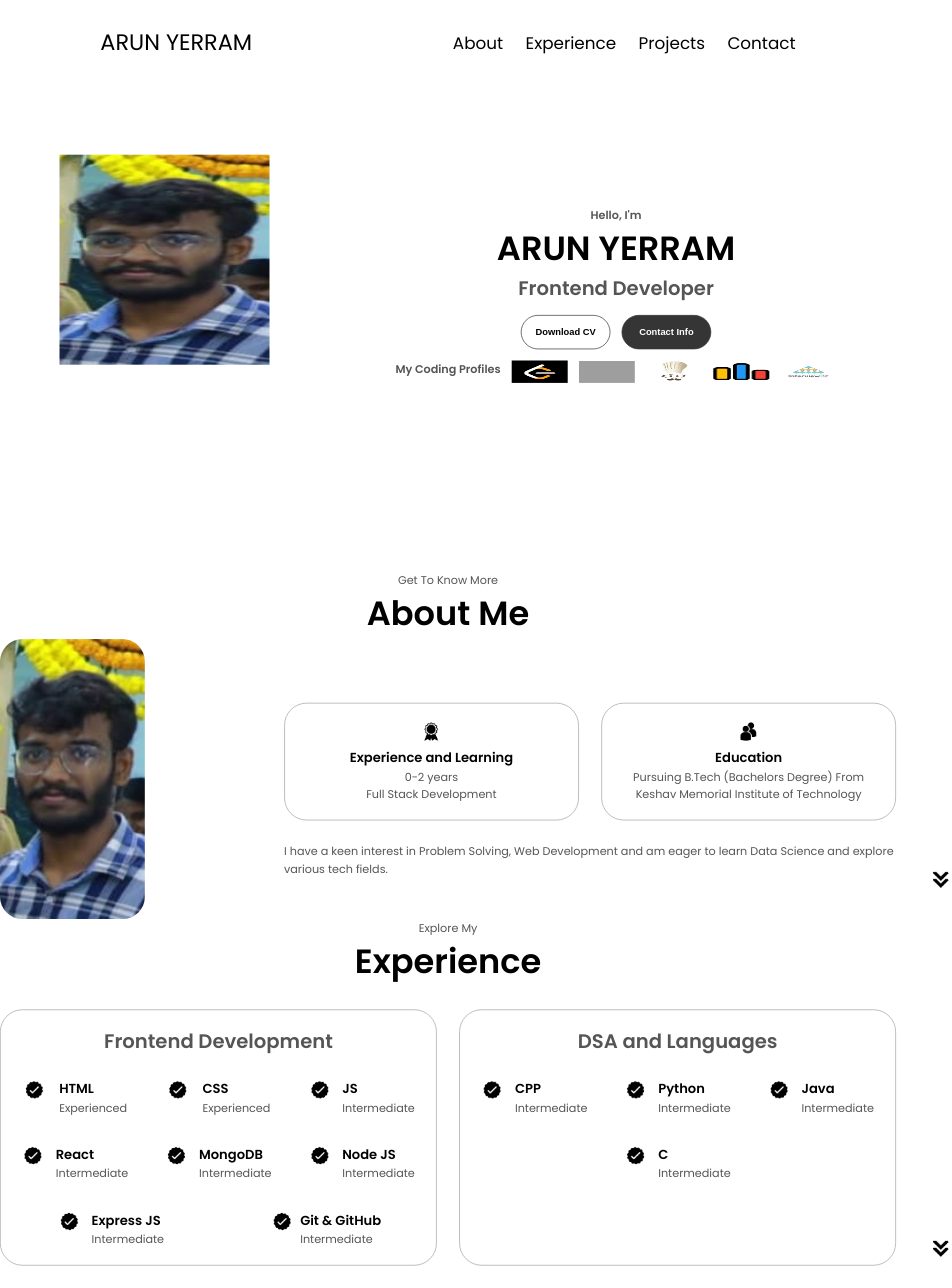
Repository: ARUN-YERRAM/ARUN-YERRAM-PORTFOLIO
Page: portfolio/index.html
These files come from the project's save history. The page is drawn as it stood at one moment and after a run of saves; the edit follows.
The browser window is 1280 px wide. The page is 1360 px wide, then 1280 px, so the pictures cover 1360 px, including what lies to the right of the window. The pictures show the part of the page from y = 0 to 1840 px (the page is 3129 px tall before and 3401 px after), at 70% of full size.
Pictures or frames that could not be fetched are drawn as grey boxes.

Above is the page before, as saved 2024-07-07 04:46:12.

### portfolio/index.html
<!DOCTYPE html>
<html lang="en">
<head>
  <meta charset="UTF-8" />
  <meta http-equiv="X-UA-Compatible" content="IE=edge" />
  <meta name="viewport" content="width=device-width, initial-scale=1.0" />
  <title>My Portfolio</title>
  <link rel="stylesheet" href="style.css" />
  <link rel="stylesheet" href="mediaqueries.css" />
</head>
<body>
  <nav id="desktop-nav">
    <div class="logo">ARUN YERRAM</div>
    <div>
      <ul class="nav-links">
        <li><a href="#about">About</a></li>
        <li><a href="#experience">Experience</a></li>
        <li><a href="#projects">Projects</a></li>
        <li><a href="#contact">Contact</a></li>
      </ul>
    </div>
  </nav>
  <nav id="hamburger-nav">
    <div class="logo">ARUN YERRAM</div>
    <div class="hamburger-menu">
      <div class="hamburger-icon" onclick="toggleMenu()">
        <span></span>
        <span></span>
        <span></span>
      </div>
      <div class="menu-links">
        <li><a href="#about" onclick="toggleMenu()">About</a></li>
        <li><a href="#experience" onclick="toggleMenu()">Experience</a></li>
        <li><a href="#projects" onclick="toggleMenu()">Projects</a></li>
        <li><a href="#contact" onclick="toggleMenu()">Contact</a></li>
      </div>
    </div>
  </nav>
  <section id="profile">
    <div class="section__pic-container">
      <img src="./assets/Photo1.jpg" alt="John Doe profile picture" width="300px" height="300px" />
    </div>
    <div class="section__text">
      <p class="section__text__p1">Hello, I'm</p>
      <h1 class="title">ARUN YERRAM</h1>
      <p class="section__text__p2">Frontend Developer</p>
      <div class="btn-container">
        <button class="btn btn-color-2" onclick="window.open('./assets/My_Resume.pdf')">Download CV</button>
        <button class="btn btn-color-1" onclick="location.href='./#contact'">Contact Info</button>
      </div>
      <div id="socials-container">
        <p> My Coding Profiles </p>

        <img src="./assets/leetcode.png" alt="My Leetcode profile" class="icon" onclick="window.open('https://leetcode.com/u/arun_2005/', '_blank')" width="80px"/>
        <img src="./assets/GFG.jpeg" alt="My GFG profile" class="icon" width="80px" onclick="window.open('https://www.geeksforgeeks.org/user/arunyerram/?utm_source=geeksforgeeks&utm_medium=my_profile&utm_campaign=auth_user', '_blank')" />
        <img src="./assets/CodeChef.jpeg" alt="My CodeChef profile" class="icon" onclick="window.open('https://www.codechef.com/users/yarun2k05', '_blank')" width="80px"/>
        <img src="./assets/Codeforces.png" alt="My CodeForces profile" class="icon" width="80px"onclick="window.open('https://codeforces.com/profile/Arunyerram_12', '_blank')" />
        <img src="./assets/IB.png" alt="My InterviewBit profile" class="icon" width="80px" onclick="window.open('https://www.interviewbit.com/profile/yerram-arun/', '_blank')" />
      </div>
    </div>
  </section>
  <section id="about">
    <p class="section__text__p1">Get To Know More</p>
    <h1 class="title">About Me</h1>
    <div class="section-container">
      <div class="section__pic-container">
        <img src="./assets/Photo1.jpg" alt="Profile picture" class="about-pic" />
      </div>
      <div class="about-details-container">
        <div class="about-containers">
          <div class="details-container">
            <img src="./assets/experience.png" alt="Experience icon" class="icon" />
            <h3>Experience and Learning</h3>
            <p>0-2 years <br />Full Stack Development</p>
          </div>
          <div class="details-container">
            <img src="./assets/education.png" alt="Education icon" class="icon" />
            <h3>Education</h3>
            <p>Pursuing B.Tech (Bachelors Degree) From Keshav Memorial Institute of Technology <br /></p>
          </div>
        </div>
        <div class="text-container">
          <p>I have a keen interest in Problem Solving, Web Development and am eager to learn Data Science and explore various tech fields.</p>
        </div>
      </div>
    </div>
    <img src="./assets/arrow.png" alt="Arrow icon" class="icon arrow" onclick="location.href='./#experience'" />
  </section>
  <section id="experience">
    <p class="section__text__p1">Explore My</p>
    <h1 class="title">Experience</h1>
    <div class="experience-details-container">
      <div class="about-containers">
        <div class="details-container">
          <h2 class="experience-sub-title">Frontend Development</h2>
          <div class="article-container">
            <article>
              <img src="./assets/checkmark.png" alt="Experience icon" class="icon" />
              <div>
                <h3>HTML</h3>
                <p>Experienced</p>
              </div>
            </article>

            <article>
              <img src="./assets/checkmark.png" alt="Experience icon" class="icon" />
              <div>
                <h3>CSS</h3>
                <p>Experienced</p>
              </div>
            </article>

            <article>
              <img src="./assets/checkmark.png" alt="Experience icon" class="icon" />
              <div>
                <h3>JS</h3>
                <p>Intermediate</p>
              </div>
            </article>

            <article>
              <img src="./assets/checkmark.png" alt="Experience icon" class="icon" />
              <div>
                <h3>React</h3>
                <p>Intermediate</p>
              </div>
            </article>

            <article>
              <img src="./assets/checkmark.png" alt="Experience icon" class="icon" />
              <div>
                <h3>MongoDB</h3>
                <p>Intermediate</p>
              </div>
            </article>

            <article>
              <img src="./assets/checkmark.png" alt="Experience icon" class="icon" />
              <div>
                <h3>Node JS</h3>
                <p>Intermediate</p>
              </div>
            </article>

            <article>
              <img src="./assets/checkmark.png" alt="Experience icon" class="icon" />
              <div>
                <h3>Express JS</h3>
                <p>Intermediate</p>
              </div>
            </article>

            <article>
              <img src="./assets/checkmark.png" alt="Experience icon" class="icon" />
              <div>
                <h3>Git & GitHub</h3>
                <p>Intermediate</p>
              </div>
            </article>

          </div>
        </div>
        <div class="details-container">
          <h2 class="experience-sub-title">DSA and Languages</h2>
          <div class="article-container">
            <article>
              <img src="./assets/checkmark.png" alt="Experience icon" class="icon" />
              <div>
                <h3>CPP</h3>
                <p>Intermediate</p>
              </div>
            </article>
            <article>
              <img src="./assets/checkmark.png" alt="Experience icon" class="icon" />
              <div>
                <h3>Python</h3>
                <p>Intermediate</p>
              </div>
            </article>

            <article>
              <img src="./assets/checkmark.png" alt="Experience icon" class="icon" />
              <div>
                <h3>Java</h3>
                <p>Intermediate</p>
              </div>
            </article>

            <article>
              <img src="./assets/checkmark.png" alt="Experience icon" class="icon" />
              <div>
                <h3>C</h3>
                <p>Intermediate</p>
              </div>
            </article>
          </div>
        </div>
      </div>
    </div>
    <img src="./assets/arrow.png" alt="Arrow icon" class="icon arrow" onclick="location.href='./#projects'" />
  </section>
  <section id="projects">
    <p class="section__text__p1">Browse My Recent</p>
    <h1 class="title">Projects</h1>
    <div class="experience-details-container">
      <div class="about-containers">
        <div class="details-container color-container">
          <div class="article-container">
            <img src="./assets/P1.png" alt="Project 1" class="project-img" />
          </div>
          <h2 class="experience-sub-title project-title">NYAAYSAHAAYAK</h2>
          <div class="btn-container">
            <button class="btn btn-color-2 project-btn" onclick="location.href='https://github.com/ARUN-YERRAM/NYAAYSAHAAYAK'">GitHub</button>
            <button class="btn btn-color-2 project-btn" onclick="location.href=''">Live Demo</button>
          </div>
        </div>
        <div class="details-container color-container">
          <div class="article-container">
            <img src="./assets/project-2.png" alt="Project 2" class="project-img" />
          </div>
          <h2 class="experience-sub-title project-title">LecturesCheck</h2>
          <div class="btn-container">
            <button class="btn btn-color-2 project-btn" onclick="location.href='https://github.com/ARUN-YERRAM/LecturesCheck'">GitHub</button>
            <button class="btn btn-color-2 project-btn" onclick="location.href=''">Live Demo</button>
          </div>
        </div>
      </div>
    </div>
    <img src="./assets/arrow.png" alt="Arrow icon" class="icon arrow" onclick="location.href='./#contact'" />
  </section>
  <section id="contact">
    <p class="section__text__p1">Get in Touch</p>
    <h1 class="title">Contact Me</h1>
    <div class="contact-info-upper-container">
      <div class="contact-info-container">
        <img src="./assets/email.png" alt="Email icon" class="icon contact-icon email-icon" />
        <p><a href="mailto:arunyerram12022005@gmail.com">arunyerram12022005@gmail.com</a></p>
      </div>
      <div class="contact-info-container">
        <img src="./assets/linkedin.png" alt="LinkedIn icon" class="icon contact-icon" />
        <p><a href="https://www.linkedin.com/in/arun-yerram/">LinkedIn</a></p>
      </div>
    </div>
  </section>
  <footer>
    <nav>
      <div class="nav-links-container">
        <ul class="nav-links">
          <li><a href="#about">About</a></li>
          <li><a href="#experience">Experience</a></li>
          <li><a href="#projects">Projects</a></li>
          <li><a href="#contact">Contact</a></li>
        </ul>
      </div>
    </nav>
    <p>Copyright &#169; 2024 Arun Yerram. All Rights Reserved.</p>
  </footer>
  <script src="script.js"></script>
</body>
</html>

### portfolio/style.css
/* GENERAL */

@import url("https://fonts.googleapis.com/css2?family=Poppins:wght@300;400;500;600&display=swap");

* {
  margin: 0;
  padding: 0;
}

body {
  font-family: "Poppins", sans-serif;
}

html {
  scroll-behavior: smooth;
}

p {
  color: rgb(85, 85, 85);
}

/* TRANSITION */

a,
.btn {
  transition: all 300ms ease;
}


/* DESKTOP NAV */

nav,
.nav-links {
  display: flex;
}

nav {
  justify-content: space-around;
  align-items: center;
  height: 17vh;
}

.nav-links {
  gap: 2rem;
  list-style: none;
  font-size: 1.5rem;
}

a {
  color: black;
  text-decoration: none;
  text-decoration-color: white;
}

a:hover {
  color: grey;
  text-decoration: underline;
  text-underline-offset: 1rem;
  text-decoration-color: rgb(181, 181, 181);
}

.logo {
  font-size: 2rem;
}

.logo:hover {
  cursor: default;
}

/* HAMBURGER MENU */

#hamburger-nav {
  display: none;
}

.hamburger-menu {
  position: relative;
  display: inline-block;
}

.hamburger-icon {
  display: flex;
  flex-direction: column;
  justify-content: space-between;
  height: 24px;
  width: 30px;
  cursor: pointer;
}

.hamburger-icon span {
  width: 100%;
  height: 2px;
  background-color: black;
  transition: all 0.3 ease-in-out;
}

.menu-links {
  position: absolute;
  top: 100%;
  right: 0;
  background-color: white;
  width: fit-content;
  max-height: 0;
  overflow: hidden;
  transition: all 0.3 ease-in-out;
}

.menu-links a {
  display: block;
  padding: 10px;
  text-align: center;
  font-size: 1.5rem;
  color: black;
  text-decoration: none;
  transition: all 0.3 ease-in-out;
}

.menu-links li {
  list-style: none;
}

.menu-links.open {
  max-height: 300px;
}

.hamburger-icon.open span:first-child {
  transform: rotate(45deg) translate(10px, 5px);
}

.hamburger-icon.open span:nth-child(2) {
  opacity: 0;
}

.hamburger-icon.open span:last-child {
  transform: rotate(-45deg) translate(10px, -5px);
}

.hamburger-icon span:first-child {
  transform: none;
}

.hamburger-icon span:first-child {
  opacity: 1;
}

.hamburger-icon span:first-child {
  transform: none;
}


'.icon {
  width: 40px;
  height: 40px;
  margin: 0 10px;
  cursor: pointer;
}

#socials-container {
  display: flex;
  align-items: center;
  justify-content: center;
  margin-top: 20px;
}
'

/* SECTIONS */

section {
  padding-top: 4vh;
  height: 96vh;
  margin: 0 10rem;
  box-sizing: border-box;
  min-height: fit-content;
}

.section-container {
  display: flex;
}

/* PROFILE SECTION */

#profile {
  display: flex;
  justify-content: center;
  gap: 5rem;
  height: 80vh;
}

.section__pic-container {
  display: flex;
  height: 400px;
  width: 400px;
  margin: auto 0;
}

.section__text {
  align-self: center;
  text-align: center;
}

.section__text p {
  font-weight: 600;
}

.section__text__p1 {
  text-align: center;
}

.section__text__p2 {
  font-size: 1.75rem;
  margin-bottom: 1rem;
}

.title {
  font-size: 3rem;
  text-align: center;
}

#socials-container {
  display: flex;
  justify-content: center;
  margin-top: 1rem;
  gap: 1rem;
}

/* ICONS */

.icon {
  cursor: pointer;
  height: 2rem;
}

/* BUTTONS */

.btn-container {
  display: flex;
  justify-content: center;
  gap: 1rem;
}

.btn {
  font-weight: 600;
  transition: all 300ms ease;
  padding: 1rem;
  width: 8rem;
  border-radius: 2rem;
}

.btn-color-1,
.btn-color-2 {
  border: rgb(53, 53, 53) 0.1rem solid;
}

.btn-color-1:hover,
.btn-color-2:hover {
  cursor: pointer;
}

.btn-color-1,
.btn-color-2:hover {
  background: rgb(53, 53, 53);
  color: white;
}

.btn-color-1:hover {
  background: rgb(0, 0, 0);
}

.btn-color-2 {
  background: none;
}

.btn-color-2:hover {
  border: rgb(255, 255, 255) 0.1rem solid;
}

.btn-container {
  gap: 1rem;
}

/* ABOUT SECTION */

#about {
  position: relative;
}

.about-containers {
  gap: 2rem;
  margin-bottom: 2rem;
  margin-top: 2rem;
}

.about-details-container {
  justify-content: center;
  flex-direction: column;
}

.about-containers,
.about-details-container {
  display: flex;
}

.about-pic {
  border-radius: 2rem;
}

.arrow {
  position: absolute;
  right: -5rem;
  bottom: 2.5rem;
}

.details-container {
  padding: 1.5rem;
  flex: 1;
  background: white;
  border-radius: 2rem;
  border: rgb(53, 53, 53) 0.1rem solid;
  border-color: rgb(163, 163, 163);
  text-align: center;
}

.section-container {
  gap: 4rem;
  height: 80%;
}

.section__pic-container {
  height: 400px;
  width: 400px;
  margin: auto 0;
}

/* EXPERIENCE SECTION */

#experience {
  position: relative;
}

.experience-sub-title {
  color: rgb(85, 85, 85);
  font-weight: 600;
  font-size: 1.75rem;
  margin-bottom: 2rem;
}

.experience-details-container {
  display: flex;
  justify-content: center;
  flex-direction: column;
}

.article-container {
  display: flex;
  text-align: initial;
  flex-wrap: wrap;
  flex-direction: row;
  gap: 2.5rem;
  justify-content: space-around;
}

article {
  display: flex;
  width: 10rem;
  justify-content: space-around;
  gap: 0.5rem;
}

article .icon {
  cursor: default;
}

/* PROJECTS SECTION */

#projects {
  position: relative;
}

.color-container {
  border-color: rgb(163, 163, 163);
  background: rgb(250, 250, 250);
}

.project-img {
  border-radius: 2rem;
  width: 90%;
  height: 90%;
}

.project-title {
  margin: 1rem;
  color: black;
}

.project-btn {
  color: black;
  border-color: rgb(163, 163, 163);
}

/* CONTACT */

#contact {
  display: flex;
  justify-content: center;
  flex-direction: column;
  height: 70vh;
}

.contact-info-upper-container {
  display: flex;
  justify-content: center;
  border-radius: 2rem;
  border: rgb(53, 53, 53) 0.1rem solid;
  border-color: rgb(163, 163, 163);
  background: (250, 250, 250);
  margin: 2rem auto;
  padding: 0.5rem;
}

.contact-info-container {
  display: flex;
  align-items: center;
  justify-content: center;
  gap: 0.5rem;
  margin: 1rem;
}

.contact-info-container p {
  font-size: larger;
}

.contact-icon {
  cursor: default;
}

.email-icon {
  height: 2.5rem;
}

/* FOOTER SECTION */

footer {
  height: 26vh;
  margin: 0 1rem;
}

footer p {
  text-align: center;
}

### portfolio/mediaqueries.css
@media screen and (max-width: 1400px) {
  #profile {
    height: 83vh;
    margin-bottom: 6rem;
  }
  .about-containers {
    flex-wrap: wrap;
  }
  #contact,
  #projects {
    height: fit-content;
  }
}

@media screen and (max-width: 1200px) {
  #desktop-nav {
    display: none;
  }
  #hamburger-nav {
    display: flex;
  }
  #experience,
  .experience-details-container {
    margin-top: 2rem;
  }
  #profile,
  .section-container {
    display: block;
  }
  .arrow {
    display: none;
  }
  section,
  .section-container {
    height: fit-content;
  }
  section {
    margin: 0 5%;
  }
  .section__pic-container {
    width: 275px;
    height: 275px;
    margin: 0 auto 2rem;
  }
  .about-containers {
    margin-top: 0;
  }
}

@media screen and (max-width: 600px) {
  #contact,
  footer {
    height: 40vh;
  }
  #profile {
    height: 83vh;
    margin-bottom: 0;
  }
  article {
    font-size: 1rem;
  }
  footer nav {
    height: fit-content;
    margin-bottom: 2rem;
  }
  .about-containers,
  .contact-info-upper-container,
  .btn-container {
    flex-wrap: wrap;
  }
  .contact-info-container {
    margin: 0;
  }
  .contact-info-container p,
  .nav-links li a {
    font-size: 1rem;
  }
  .experience-sub-title {
    font-size: 1.25rem;
  }
  .logo {
    font-size: 1.5rem;
  }
  .nav-links {
    flex-direction: column;
    gap: 0.5rem;
    text-align: center;
  }
  .section__pic-container {
    width: auto;
    height: 46vw;
    justify-content: center;
  }
  .section__text__p2 {
    font-size: 1.25rem;
  }
  .title {
    font-size: 2rem;
  }
  .text-container {
    text-align: justify;
  }
}

Loaded but not shown: portfolio/script.js (common file)

After the next 2 saves:
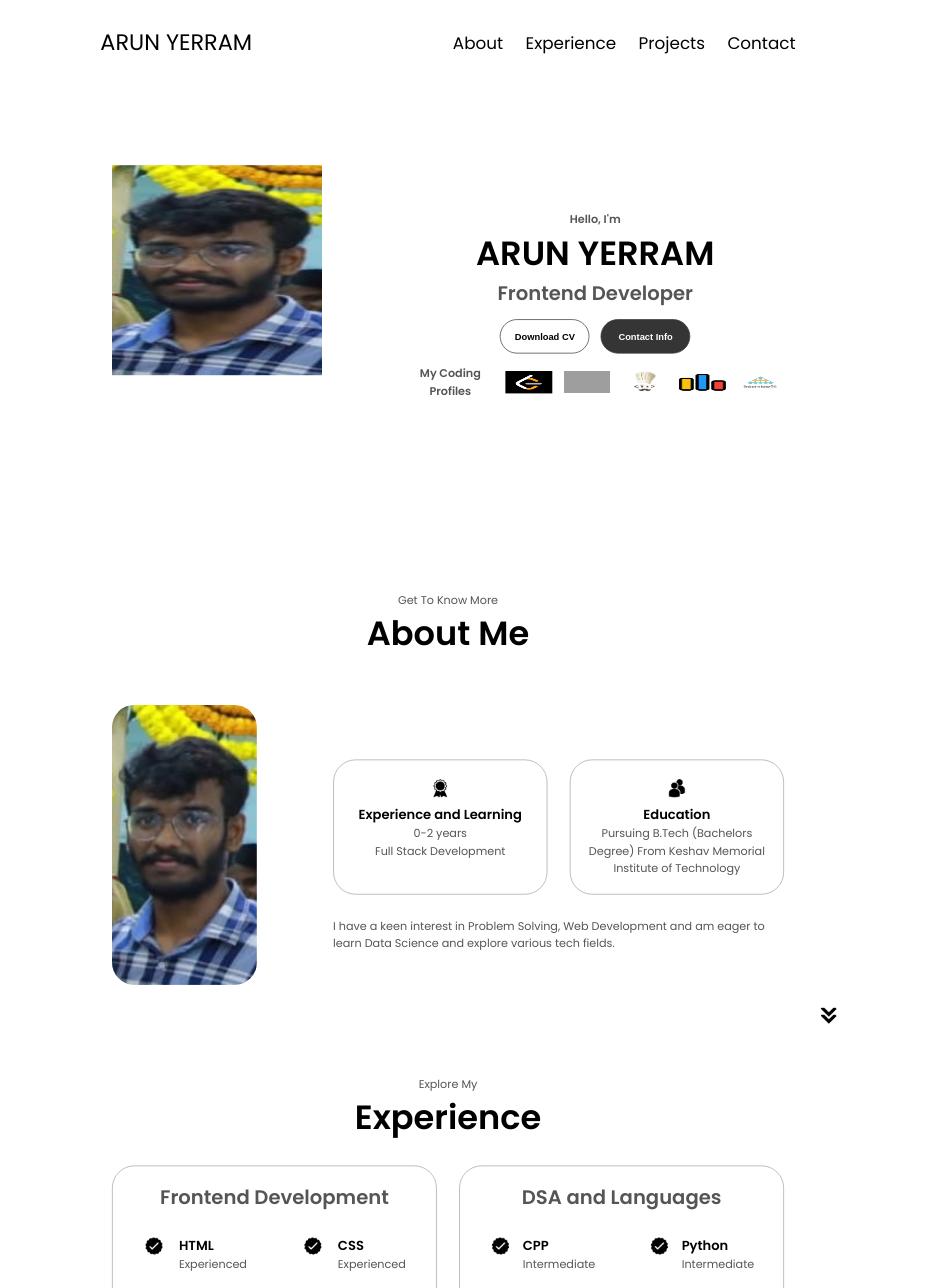
The 2 saves are shown as one change because they came seconds apart.
The last was saved 94 s later.
--- a/portfolio/style.css
+++ b/portfolio/style.css
@@ -148,20 +148,30 @@
 }
 
 
-'.icon {
-  width: 40px;
-  height: 40px;
-  margin: 0 10px;
-  cursor: pointer;
-}
-
 #socials-container {
   display: flex;
   align-items: center;
   justify-content: center;
-  margin-top: 20px;
-}
-'
+  margin-top: 20px; /* Adjusted space between buttons and profiles */
+}
+
+#coding-profiles {
+  display: flex;
+  align-items: center;
+  justify-content: center;
+  flex-direction: column;
+  margin-top: 40px; /* Space between social icons and coding profiles */
+}
+
+#coding-profiles p {
+  font-size: 1.2em;
+  margin-bottom: 20px; /* Space between heading and icons */
+}
+
+#coding-profiles .icon {
+  margin: 0 10px; /* Space between coding profile icons */
+}
+
 
 /* SECTIONS */
 
